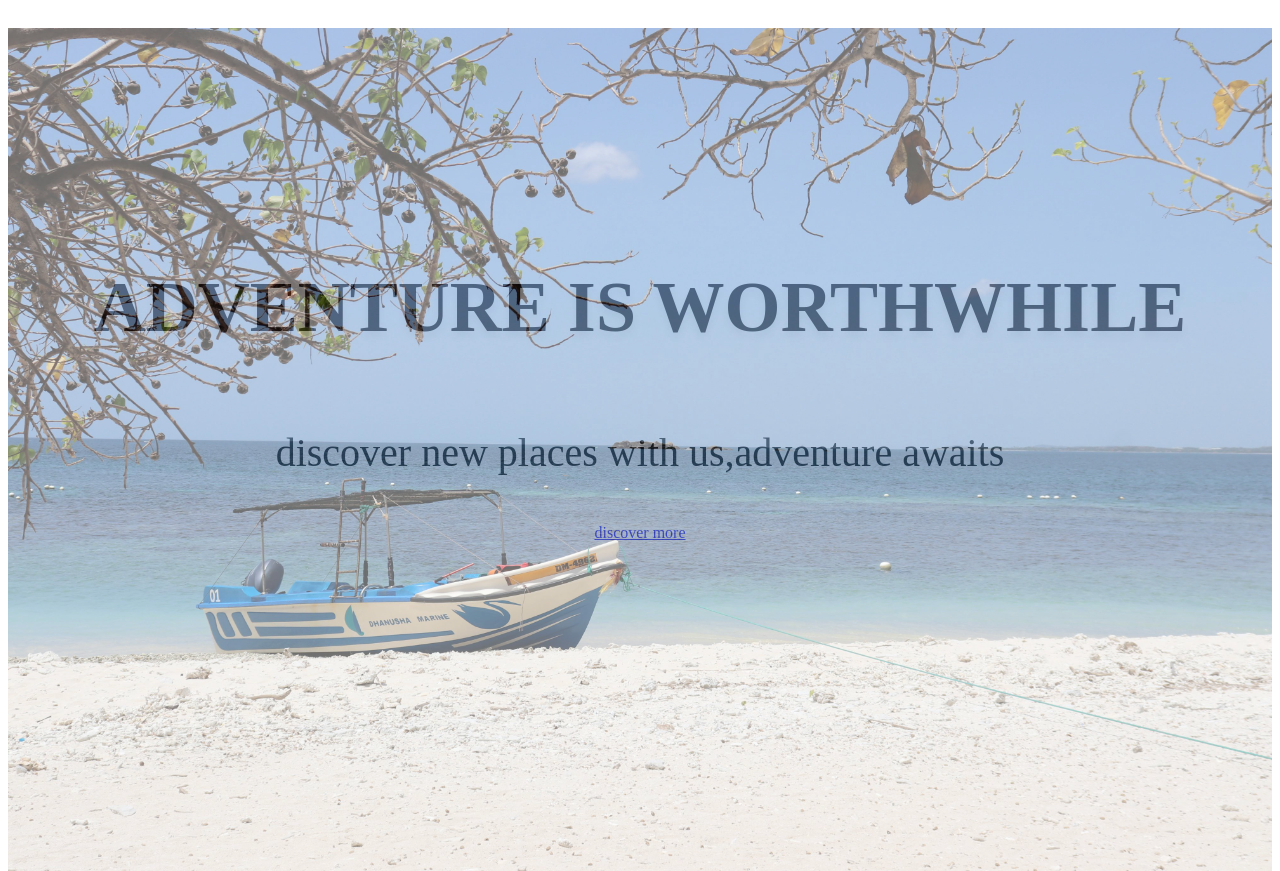
Repository: KasunInd27/Ceylon-Journey
Page: Home/home.html
An editor plug-in stored every save of this project. The page is shown before and after the next save, followed by the edit.
The browser window is 1280 px wide. The pictures show the whole page.

Above is the page before, as saved 2024-10-05 13:50:29.
Console error: SyntaxError: Unexpected token '<'

### Home/home.html
<!DOCTYPE html>
<html lang="en">
<head>
    <meta charset="UTF-8">
    <meta name="viewport" content="width=device-width, initial-scale=1.0">
    <!-- Font Awesome CDN link for using icons -->
    <link rel="stylesheet" href="https://cdnjs.cloudflare.com/ajax/libs/font-awesome/5.15.3/css/all.min.css">
    <link href="https://fonts.googleapis.com/css2?family=Roboto:wght@400;700&display=swap" rel="stylesheet">

    <link rel="stylesheet" href="CSS/home.css">
    <script src="JS/home.js"></script>
    <style>
        .mySlides {display:none;}
    </style>
    <title>Home Page</title>
</head>
<body>
    <section class="home" id="home">
        <div class="content">
            <h3>adventure is worthwhile</h3>
            <p>discover new places with us,adventure awaits</p>
            <a href="#" class="btn">discover more</a>
        </div>

        <div class="slide" style="max-width:100%">
            <img class="homeSlides" src="../image/train.jpg" style="width:100%">
            <img class="homeSlides" src="../image/elephants.jpg" style="width:100%">
            <img class="homeSlides" src="../image/boat.jpg" style="width:100%">
            <img class="homeSlides" src="../image/fish.jpg" style="width:100%">
            <img class="homeSlides" src="../image/arc.jpg" style="width:100%">
        </div>
    </section>

    <script>
        var myIndex = 0;
        carousel();

        function carousel() {
          var i;
          var x = document.getElementsByClassName("homeSlides");
          for (i = 0; i < x.length; i++) {
            x[i].style.display = "none";
          }
          myIndex++;
          if (myIndex > x.length) {myIndex = 1}
          x[myIndex-1].style.display = "block";
          setTimeout(carousel, 2000); // Change image every 2 seconds
        }
        </script>


</body>
</html>

### Home/CSS/home.css
.home.controls {
    padding: 1rem;
    border-radius: 5rem;
    background: rgba(0, 0, 0, .7);
    position: relative;
    top: 10rem;

}

.home .controls .img-btn {

    height: 2rem;
    width: 2rem;
    display: inline-block;
    border-radius: 50%;
    background: #fff;
    cursor: pointer;
    margin: 0 .5rem;

}
.home .controls .img-btn.active {
    background: var(--orange);

}
#home {
    min-height: 100vh;
    /* Ensures it takes up the full viewport height */
    display: flex;
    /* Enables flexbox layout */
    align-items: center;
    /* Vertically centers content */
    justify-content: center;
    /* Horizontally centers content */
    flex-flow: column;
    /* Aligns children in a column layout */
    position: relative;
    /* Allows child elements to use absolute positioning */
    z-index: 0;
    /* Ensures this section has the correct stacking order */
}
.home .content {
    text-align: center;
    /* Centers the text within the .content container */
}
/* Styles for h3 elements inside the .content class within the .home section */

.home .content h3 {
    font-size: 4.5rem;
    /* Sets a large font size for the heading */
    color: #060101;
    /* White text color */
    text-transform: uppercase;
    /* Makes the text uppercase */
    text-shadow: 0 .3rem .5rem rgba(0, 0, 0, .1);
    /* Adds a soft shadow to the text */


}

.home .content p {
    font-size: 2.5rem;
    /* Sets the font size for paragraphs inside the .content class in the .home section */
    color: #010401;
    /* Sets the text color to white */
    padding: 0.5rem 0;
    /* Adds vertical padding (top and bottom) of 0.5rem */
}

.slide
{
    margin-top: -320px;
    background-size:contain;
    background-position:center;
    background-repeat: no-repeat;
    position:absolute;
    width: 100%;
    height: 50%;
    opacity: 0.60;
}

### Home/JS/home.js
<!DOCTYPE html>
<html lang="en">
<head>
    <meta charset="UTF-8">
    <meta name="viewport" content="width=device-width, initial-scale=1.0">
    <!-- Font Awesome CDN link for using icons -->
    <link rel="stylesheet" href="https://cdnjs.cloudflare.com/ajax/libs/font-awesome/5.15.3/css/all.min.css">
    <link href="https://fonts.googleapis.com/css2?family=Roboto:wght@400;700&display=swap" rel="stylesheet">

    <link rel="stylesheet" href="CSS/home.css">
    <script src="JS/home.js"></script>
    <style>.imgSlide {display:none;}</style>
    <title>Home Page</title>
</head>
<body>
    <section class="home" id="home">
        <div class="content">
            <h3>adventure is worthwhile</h3>
            <p>discover new places with us,adventure awaits</p>
            <a href="#" class="btn">discover more</a>
        </div>

        <div class="image-slide" style="max-width:500px">
            <img class="imgSlide" src="../image/train.jpg" style="width:100%">
            <img class="imgSlide" src="../image/elephants.jpg" style="width:100%">
            <img class="imgSlide" src="../image/boats.jpg" style="width:100%">
            <img class="imgSlide" src="../image/fish.jpg" style="width:100%">
            <img class="imgSlide" src="../image/arc.jpg" style="width:100%">

        </div>


    </section>
</body>
</html>

After the next save:
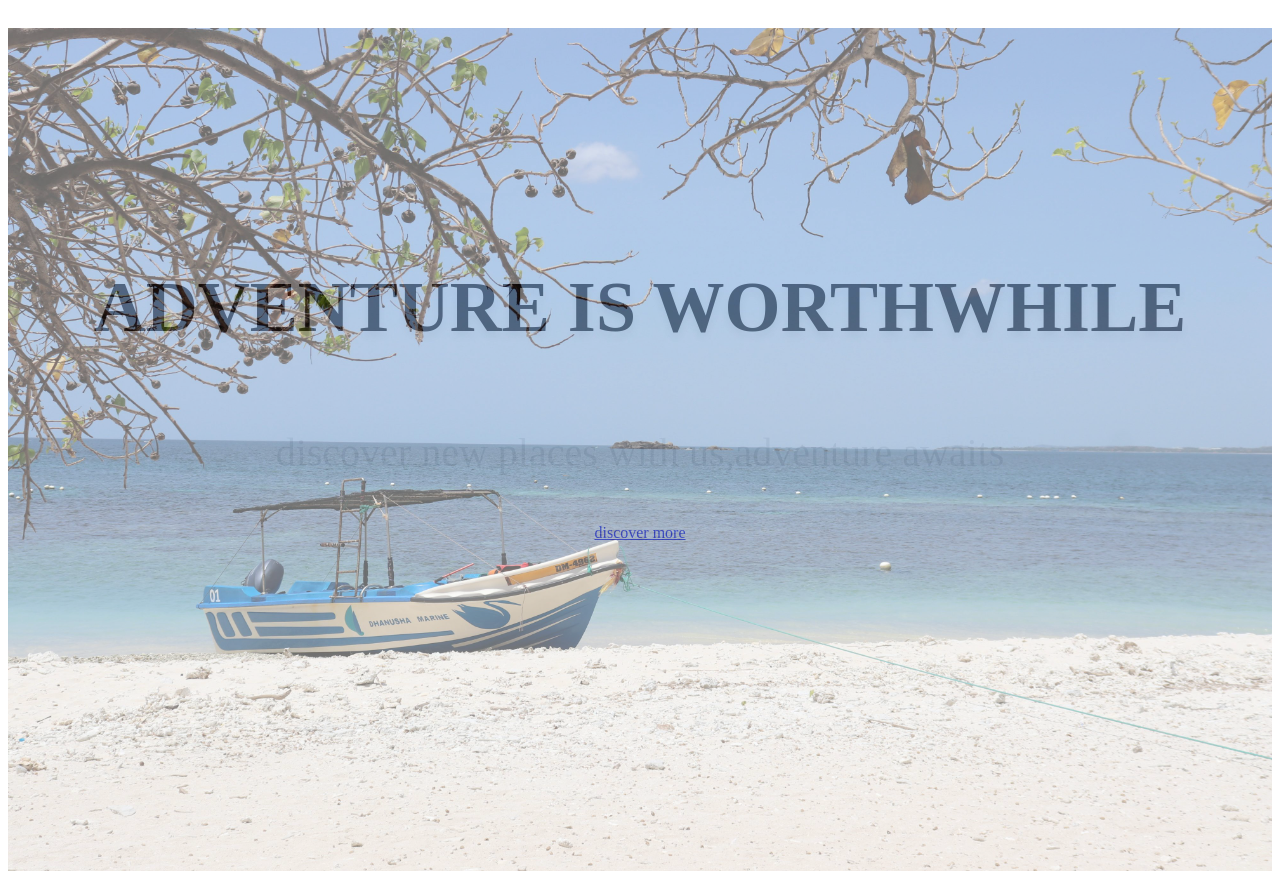
Saved 45 s later.
--- a/Home/CSS/home.css
+++ b/Home/CSS/home.css
@@ -64,6 +64,7 @@
     /* Sets the text color to white */
     padding: 0.5rem 0;
     /* Adds vertical padding (top and bottom) of 0.5rem */
+    opacity: 0.100;
 }
 
 .slide
